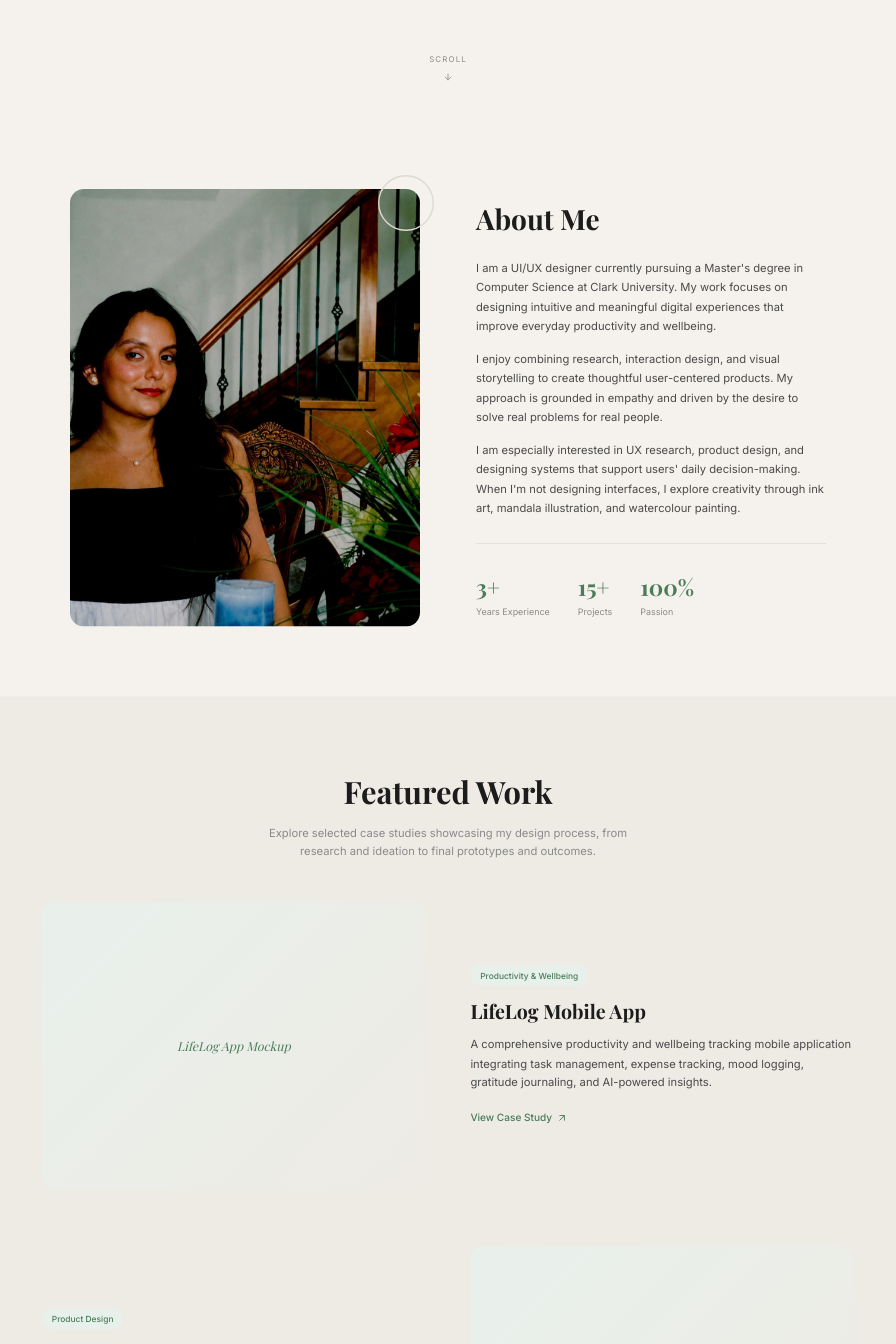
Repository: Snehahak/Sneha-portfolio
Page: /
The author's editor kept a copy of each file at every save. The page is drawn from the files as they stood at one save, then again after the next save.
The browser window is 1280 px wide. The pictures show the part of the page from y = 530 to 2450 px (the page is 7266 px tall before and 7459 px after), at 70% of full size.
Some web fonts or font styles are not loaded; a fallback is used. The project was rebuilt for these pictures with package versions that can differ from the ones it lists, and the page was loaded fresh each time. Also part of the build but not shown: vite.config.js, src/pages/CaseStudyLifeLog.jsx, src/pages/CaseStudyDashboard.jsx, src/pages/CaseStudyRecipe.jsx, src/pages/CaseStudyMiro.jsx.

Above is the page before, as saved 2026-06-10 11:28:27.

### index.html
<!doctype html>
<html lang="en">
  <head>
    <meta charset="UTF-8" />
    <link rel="icon" type="image/svg+xml" href="/favicon.svg" />
    <meta name="viewport" content="width=device-width, initial-scale=1.0" />
    <title>sneha-portfolio</title>
  </head>
  <body>
    <div id="root"></div>
    <script type="module" src="/src/main.jsx"></script>
  </body>
</html>

### src/App.jsx
import { BrowserRouter as Router, Routes, Route } from 'react-router-dom'
import Home from './pages/Home'
import CaseStudyLifeLog from './pages/CaseStudyLifeLog'
import CaseStudyDashboard from './pages/CaseStudyDashboard'
import CaseStudyRecipe from './pages/CaseStudyRecipe'
import CaseStudyMiro from './pages/CaseStudyMiro'
import './index.css'

export default function App() {
  return (
    <Router>
      <Routes>
        <Route path="/" element={<Home />} />
        <Route path="/work/lifelog" element={<CaseStudyLifeLog />} />
        <Route path="/work/dashboard" element={<CaseStudyDashboard />} />
        <Route path="/work/recipe" element={<CaseStudyRecipe />} />
        <Route path="/work/miro" element={<CaseStudyMiro />} />
      </Routes>
    </Router>
  )
}

### src/pages/Home.jsx
import { useState } from 'react'
import { Link } from 'react-router-dom'
import {
  Download, Mail, ArrowDown, Search, Target, Lightbulb,
  Layers, FlaskConical, RefreshCw, ArrowUpRight, X
} from 'lucide-react'
import Navbar from '../components/Navbar'
import Footer from '../components/Footer'

const artPieces = [
  { id: 1, type: 'Illustration', name: 'Dancing Deity',  src: '/Dancing Deity.jpg' },
  { id: 2, type: 'Mandala',      name: 'Ink by Sneha',   src: '/Ink by Sneha.jpg' },
  { id: 3, type: 'Ink Art',      name: 'Pray Work Slay', src: '/Pray Work Slay.jpg' },
  { id: 4, type: 'Mandala',      name: 'Be Authentic',   src: '/Be Authentic.jpg' },
  { id: 5, type: 'Illustration', name: 'Sai Baba',       src: '/Sai Baba.JPG' },
  { id: 6, type: 'Watercolour',  name: 'Crimson Sky',    src: '/Crimson Sky.jpg' },
  { id: 7, type: 'Mandala',      name: 'Devi',           src: '/Devi.jpg' },
  { id: 8, type: 'Ink Art',      name: 'Mahadev',        src: '/Mahadev.jpg' },
]

const processSteps = [
  { num: 1, icon: <Search size={22} />,       title: 'Research',  desc: 'Understanding users, their needs, and the problem space through interviews and analysis.' },
  { num: 2, icon: <Target size={22} />,       title: 'Define',    desc: 'Synthesizing research insights to define clear problem statements and design goals.' },
  { num: 3, icon: <Lightbulb size={22} />,    title: 'Ideate',    desc: 'Brainstorming and exploring multiple creative solutions through sketches and concepts.' },
  { num: 4, icon: <Layers size={22} />,       title: 'Prototype', desc: 'Building interactive prototypes to visualize and test design concepts quickly.' },
  { num: 5, icon: <FlaskConical size={22} />, title: 'Test',      desc: 'Validating designs with real users through usability testing and feedback sessions.' },
  { num: 6, icon: <RefreshCw size={22} />,    title: 'Iterate',   desc: 'Refining designs based on insights and continuously improving the user experience.' },
]

export default function Home() {
  const [modal, setModal] = useState(null)

  return (
    <>
      <Navbar />

      {/* HERO */}
      <section className="hero" style={{ paddingLeft: 60, paddingRight: 60 }}>
        <p className="hero-eyebrow">UI Designer | UX Researcher • Masters in Computer Science</p>
        <h1>
          Sneha<br />
          <span className="accent">Khatiwada</span>
        </h1>
        <p className="hero-quote">
          "I design thoughtful digital experiences that combine usability,
          creativity, and human-centered thinking."
        </p>
        <div className="hero-actions">
          <a href="#work" className="btn-primary"
            onClick={(e) => { e.preventDefault(); document.getElementById('work').scrollIntoView({ behavior: 'smooth' }) }}>
            View My Work
          </a>
          <a href="/resume.pdf" download className="btn-secondary">
            <Download size={16} /> Download Resume
          </a>
          <a href="#contact" className="btn-secondary" style={{ border: 'none' }}
            onClick={(e) => { e.preventDefault(); document.getElementById('contact').scrollIntoView({ behavior: 'smooth' }) }}>
            <Mail size={16} /> Contact Me
          </a>
        </div>
        <div className="hero-scroll">
          <span>Scroll</span>
          <ArrowDown size={14} />
        </div>
      </section>

      {/* ABOUT */}
      <section id="about" style={{ paddingTop: 80 }}>
        <div className="about-grid">
          <div className="about-img-wrap">
            <img
              src="/photo.jpg"
              alt="Sneha Khatiwada"
              style={{ width: '100%', aspectRatio: '4/5', borderRadius: 'var(--radius-lg)', objectFit: 'cover', display: 'block' }}
            />
            <div className="about-img-deco" />
          </div>
          <div className="about-text">
            <h2>About Me</h2>
            <p>
              I am a UI/UX designer currently pursuing a Master's degree in Computer Science
              at Clark University. My work focuses on designing intuitive and meaningful digital
              experiences that improve everyday productivity and wellbeing.
            </p>
            <p>
              I enjoy combining research, interaction design, and visual storytelling to create
              thoughtful user-centered products. My approach is grounded in empathy and driven
              by the desire to solve real problems for real people.
            </p>
            <p>
              I am especially interested in UX research, product design, and designing systems
              that support users' daily decision-making. When I'm not designing interfaces,
              I explore creativity through ink art, mandala illustration, and watercolour painting.
            </p>
            <div className="about-stats">
              <div className="stat-item">
                <div className="num">3+</div>
                <div className="label">Years Experience</div>
              </div>
              <div className="stat-item">
                <div className="num">15+</div>
                <div className="label">Projects</div>
              </div>
              <div className="stat-item">
                <div className="num">100%</div>
                <div className="label">Passion</div>
              </div>
            </div>
          </div>
        </div>
      </section>

      {/* FEATURED WORK */}
      <section id="work" className="full-width">
        <div className="inner">
          <h2 className="section-title">Featured Work</h2>
          <p className="section-subtitle">
            Explore selected case studies showcasing my design process, from research
            and ideation to final prototypes and outcomes.
          </p>
          <div className="work-list">

            <div className="work-item">
              <div className="work-img"><div className="img-placeholder">LifeLog App Mockup</div></div>
              <div className="work-info">
                <span className="work-tag">Productivity &amp; Wellbeing</span>
                <h3>LifeLog Mobile App</h3>
                <p>A comprehensive productivity and wellbeing tracking mobile application
                  integrating task management, expense tracking, mood logging, gratitude
                  journaling, and AI-powered insights.</p>
                <Link to="/work/lifelog" className="work-link">View Case Study <ArrowUpRight size={16} /></Link>
              </div>
            </div>

            <div className="work-item reverse">
              <div className="work-img"><div className="img-placeholder">Dashboard App Mockup</div></div>
              <div className="work-info">
                <span className="work-tag">Product Design</span>
                <h3>Personal Dashboard App</h3>
                <p>An all-in-one personal dashboard concept featuring to-do tracking,
                  expense monitoring, mood tracking, gratitude journal, and AI-based
                  suggestions for daily optimization.</p>
                <Link to="/work/dashboard" className="work-link">View Case Study <ArrowUpRight size={16} /></Link>
              </div>
            </div>

            <div className="work-item">
              <div className="work-img"><div className="img-placeholder">Recipe App Mockup</div></div>
              <div className="work-info">
                <span className="work-tag">Community &amp; Culture</span>
                <h3>Cultural Recipe Storytelling</h3>
                <p>A recipe app celebrating global cuisines through cultural storytelling,
                  community contributions, and recognition badges that honor culinary heritage.</p>
                <Link to="/work/recipe" className="work-link">View Case Study <ArrowUpRight size={16} /></Link>
              </div>
            </div>

            <div className="work-item reverse">
              <div className="work-img" style={{ background: 'linear-gradient(135deg, #fff8f0 0%, #ffe8cc 100%)' }}>
                <div style={{ textAlign: 'center', color: '#d4834a', fontFamily: 'var(--serif)', fontSize: '1.1rem', fontStyle: 'italic' }}>
                  Miro Board Preview
                </div>
              </div>
              <div className="work-info">
                <span className="work-tag" style={{ background: '#fff3e8', color: '#d4834a' }}>Design Thinking</span>
                <h3>Miro Design Board</h3>
                <p>An interactive Miro board capturing the full design thinking process —
                  user research, affinity mapping, journey maps, and ideation sessions
                  visualized in one collaborative space.</p>
                <Link to="/work/miro" className="work-link">View Board <ArrowUpRight size={16} /></Link>
              </div>
            </div>

          </div>
        </div>
      </section>

      {/* DESIGN PROCESS */}
      <section id="process">
        <h2 className="section-title">My Design Process</h2>
        <p className="section-subtitle">
          A human-centered approach to creating meaningful digital experiences
          through research, iteration, and continuous improvement.
        </p>
        <div className="process-grid">
          {processSteps.map((s) => (
            <div className="process-card" key={s.num}>
              <div className="process-icon-wrap">
                <div className="process-icon-bg">{s.icon}</div>
                <div className="process-num">{s.num}</div>
              </div>
              <h4>{s.title}</h4>
              <p>{s.desc}</p>
            </div>
          ))}
        </div>
      </section>

      {/* ART */}
      <section id="art" className="full-width">
        <div className="inner">
          <h2 className="section-title">Beyond Interfaces</h2>
          <p className="section-subtitle">
            Ink by Sneha — my creative practice in mandala art, devotional illustration,
            and watercolour painting.
          </p>
          <div className="art-grid">
            {artPieces.map((art) => (
              <div className="art-card" key={art.id} onClick={() => setModal(art)}>
                <img src={art.src} alt={art.name} style={{ width: '100%', height: '100%', objectFit: 'cover', display: 'block' }} />
                <div className="art-overlay">
                  <div className="art-type">{art.type}</div>
                  <div className="art-name">{art.name}</div>
                </div>
              </div>
            ))}
          </div>
        </div>
      </section>

      {/* SKILLS */}
      <section id="skills">
        <h2 className="section-title">Skills &amp; Expertise</h2>
        <p className="section-subtitle">
          A combination of design tools proficiency and core UX skills that I bring to every project.
        </p>
        <div className="skills-grid">
          <div>
            <h3 style={{ fontFamily: 'var(--sans)', fontSize: '1.1rem', marginBottom: 24 }}>Design Tools</h3>
            {[
              { name: 'Figma', pct: 95 },
              { name: 'Adobe XD', pct: 85 },
              { name: 'Miro', pct: 90 },
              { name: 'Prototyping Tools', pct: 88 },
            ].map((s) => (
              <div className="skill-bar-wrap" key={s.name}>
                <div className="skill-bar-header"><span>{s.name}</span><span>{s.pct}%</span></div>
                <div className="skill-bar-track"><div className="skill-bar-fill" style={{ width: `${s.pct}%` }} /></div>
              </div>
            ))}
          </div>
          <div>
            <h3 style={{ fontFamily: 'var(--sans)', fontSize: '1.1rem', marginBottom: 24 }}>Core Skills</h3>
            <div className="core-skills-wrap">
              {['User Research','Wireframing','Interaction Design','Information Architecture','Usability Testing','Visual Storytelling','Design Systems Thinking','Prototyping'].map((sk) => (
                <div className="skill-tag" key={sk}>{sk}</div>
              ))}
            </div>
          </div>
        </div>
        <div className="resume-card">
          <h3>Want to know more?</h3>
          <p>Download my full resume for a complete overview of my experience.</p>
          <a href="/resume.pdf" download className="btn-primary"><Download size={16} /> Download Resume</a>
        </div>
      </section>

      {/* CONTACT */}
      <section id="contact" className="full-width">
        <div className="inner">
          <h2 className="section-title">Let's Connect</h2>
          <p className="section-subtitle">"Let's collaborate on meaningful user experiences."</p>
          <div className="contact-grid">
            <div className="contact-info">
              <h2>Get in Touch</h2>
              <p>
                I'm always excited to connect with fellow designers, researchers,
                and anyone passionate about creating meaningful digital experiences.
                Feel free to reach out!
              </p>
              <a href="mailto:snehakhatiwadap@gmail.com" className="contact-link-card">
                <div className="contact-link-icon"><Mail size={20} /></div>
                <div className="contact-link-text">
                  <div className="label">Email</div>
                  <div className="value">snehakhatiwadap@gmail.com</div>
                </div>
                <ArrowUpRight size={16} style={{ marginLeft: 'auto', color: 'var(--text-light)' }} />
              </a>
              <a href="https://www.linkedin.com/in/snehaha-k/" target="_blank" rel="noreferrer" className="contact-link-card">
              <div className="contact-link-icon"><svg width="20" height="20" viewBox="0 0 24 24" fill="none" stroke="currentColor" strokeWidth="2"><path d="M16 8a6 6 0 0 1 6 6v7h-4v-7a2 2 0 0 0-2-2 2 2 0 0 0-2 2v7h-4v-7a6 6 0 0 1 6-6z"/><rect x="2" y="9" width="4" height="12"/><circle cx="4" cy="4" r="2"/></svg></div>
                <div className="contact-link-text">
                  <div className="label">Linkedin</div>
                  <div className="value">https://www.linkedin.com/in/snehaha-k/</div>
                </div>
                <ArrowUpRight size={16} style={{ marginLeft: 'auto', color: 'var(--text-light)' }} />
              </a>
            </div>
            <div className="contact-form">
              <div className="form-group">
                <label>Your Name</label>
                <input type="text" placeholder="John Doe" />
              </div>
              <div className="form-group">
                <label>Email Address</label>
                <input type="email" placeholder="john@example.com" />
              </div>
              <div className="form-group">
                <label>Your Message</label>
                <textarea placeholder="Tell me about your project or just say hello..." />
              </div>
              <button className="btn-primary" style={{ width: '100%', justifyContent: 'center' }}>
                <Mail size={16} /> Send Message
              </button>
            </div>
          </div>
        </div>
      </section>

      <Footer />

      {/* ART MODAL */}
      {modal && (
        <div className="modal-backdrop" onClick={() => setModal(null)}>
          <div className="modal-inner" onClick={(e) => e.stopPropagation()}>
            <button className="modal-close" onClick={() => setModal(null)}><X size={18} /></button>
            <img src={modal.src} alt={modal.name} style={{ width: '100%', maxHeight: '70vh', objectFit: 'contain', background: '#111' }} />
            <div className="modal-caption">
              <div className="art-type">{modal.type}</div>
              <div className="art-name">{modal.name}</div>
            </div>
          </div>
        </div>
      )}
    </>
  )
}

### src/components/Navbar.jsx
import { Link } from 'react-router-dom'

export default function Navbar() {
  const scrollTo = (id) => {
    const el = document.getElementById(id)
    if (el) el.scrollIntoView({ behavior: 'smooth' })
  }
  return (
    <nav>
      <Link to="/" className="nav-logo">Sneha Khatiwada</Link>
      <ul className="nav-links">
        <li><a href="#about" onClick={(e) => { e.preventDefault(); scrollTo('about') }}>About</a></li>
        <li><a href="#work" onClick={(e) => { e.preventDefault(); scrollTo('work') }}>Work</a></li>
        <li><a href="#process" onClick={(e) => { e.preventDefault(); scrollTo('process') }}>Process</a></li>
        <li><a href="#art" onClick={(e) => { e.preventDefault(); scrollTo('art') }}>Art</a></li>
        <li><a href="#skills" onClick={(e) => { e.preventDefault(); scrollTo('skills') }}>Skills</a></li>
        <li><a href="#contact" onClick={(e) => { e.preventDefault(); scrollTo('contact') }}>Contact</a></li>
      </ul>
    </nav>
  )
}

### src/components/Footer.jsx
import { Link } from 'react-router-dom'

export default function Footer() {
  return (
    <footer>
      <div>
        <span className="footer-logo">Sneha Khatiwada</span>
        <span style={{ color: 'var(--text-light)', margin: '0 10px' }}>•</span>
        <span style={{ fontSize: '0.85rem', color: 'var(--text-light)' }}>UI/UX Designer</span>
      </div>
      <div style={{ color: 'var(--text-light)', fontSize: '0.85rem' }}>Designed with ❤️ © 2026</div>
      <ul className="footer-links">
        <li><Link to="/#about">About</Link></li>
        <li><Link to="/#work">Work</Link></li>
        <li><Link to="/#contact">Contact</Link></li>
      </ul>
    </footer>
  )
}

Loaded but not shown: src/main.jsx (common file); src/index.css (203 lines, source omitted)

After the next save:
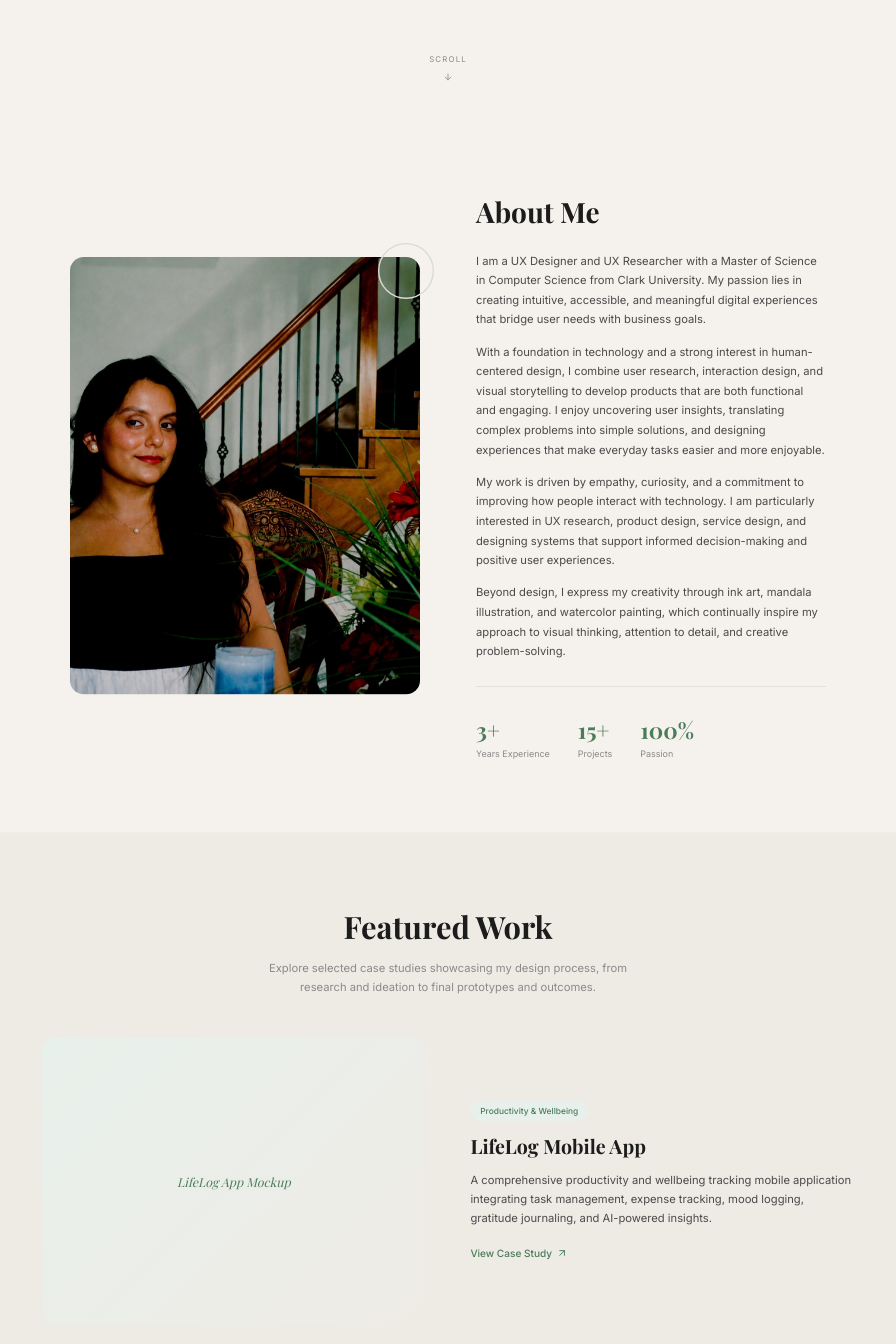
Saved 3 min 37 s later.
--- a/src/pages/Home.jsx
+++ b/src/pages/Home.jsx
@@ -78,19 +78,19 @@
           <div className="about-text">
             <h2>About Me</h2>
             <p>
-              I am a UI/UX designer currently pursuing a Master's degree in Computer Science
-              at Clark University. My work focuses on designing intuitive and meaningful digital
-              experiences that improve everyday productivity and wellbeing.
+            I am a UX Designer and UX Researcher with a Master of Science in Computer Science from Clark University.
+            My passion lies in creating intuitive, accessible, and meaningful digital experiences that bridge user needs with business goals.
             </p>
             <p>
-              I enjoy combining research, interaction design, and visual storytelling to create
-              thoughtful user-centered products. My approach is grounded in empathy and driven
-              by the desire to solve real problems for real people.
+            With a foundation in technology and a strong interest in human-centered design, I combine user research, interaction design, and visual storytelling to develop products that are both functional and engaging.
+            I enjoy uncovering user insights, translating complex problems into simple solutions, and designing experiences that make everyday tasks easier and more enjoyable.
             </p>
             <p>
-              I am especially interested in UX research, product design, and designing systems
-              that support users' daily decision-making. When I'm not designing interfaces,
-              I explore creativity through ink art, mandala illustration, and watercolour painting.
+            My work is driven by empathy, curiosity, and a commitment to improving how people interact with technology.
+            I am particularly interested in UX research, product design, service design, and designing systems that support informed decision-making and positive user experiences.
+            </p>
+            <p>
+            Beyond design, I express my creativity through ink art, mandala illustration, and watercolor painting, which continually inspire my approach to visual thinking, attention to detail, and creative problem-solving.
             </p>
             <div className="about-stats">
               <div className="stat-item">
